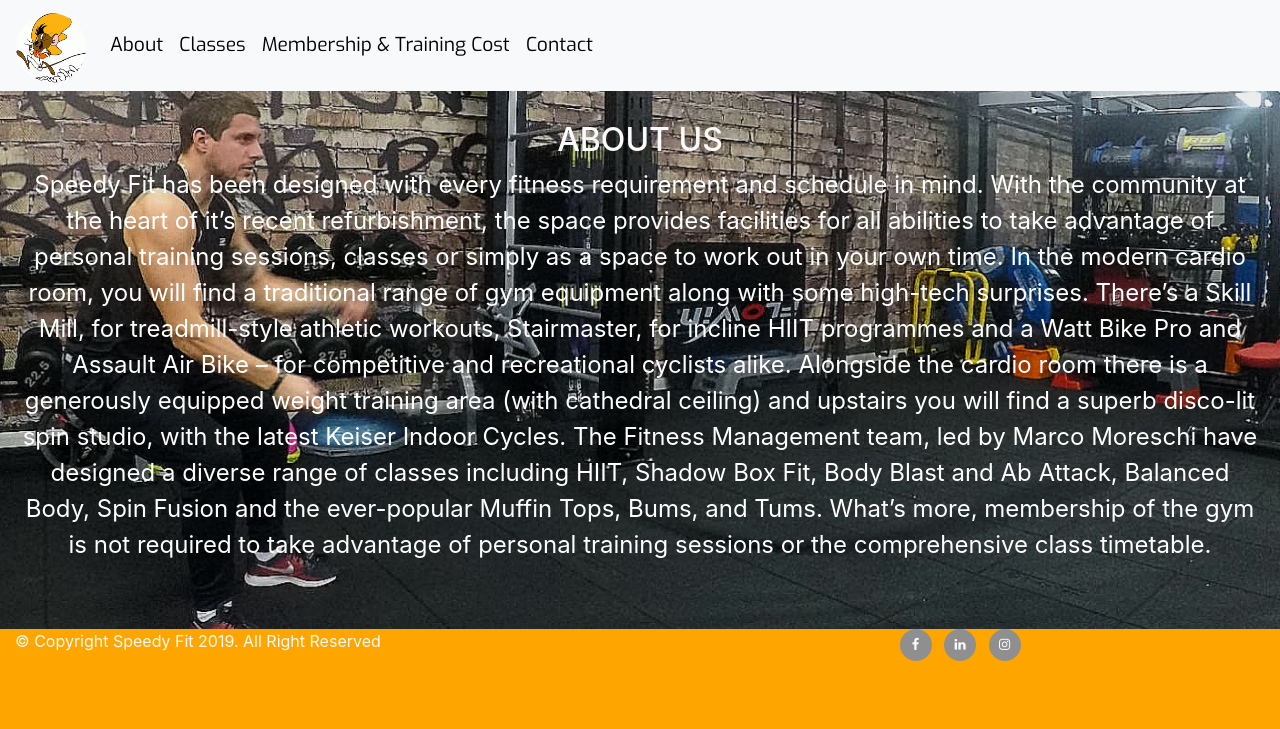
Repository: marcomoreschi/Milestrone-project
Page: index.html
The author's editor kept a record of every edit. The page is drawn from the files as they stood at one moment, then again after the next edit.
The browser window is 1280 px wide. The pictures show the whole page.
Some web libraries are served in a nearby version.

Above is the page before.

### index.html
<!DOCTYPE html>
<html lang="en">

<head>
    <meta charset="UTF-8">
    <meta name="viewport" content="width=device-width, initial-scale=1.0">
    <meta http-equiv="X-UA-Compatible" content="ie=edge">
    <link rel="stylesheet" href="https://maxcdn.bootstrapcdn.com/bootstrap/4.1.3/css/bootstrap.min.css">
    <link rel="stylesheet" href="https://maxcdn.bootstrapcdn.com/font-awesome/4.7.0/css/font-awesome.min.css" type="text/css" />
    <link rel="stylesheet" href="https://cdnjs.cloudflare.com/ajax/libs/hover.css/2.1.1/css/hover-min.css" type="text/css" />
    <link rel="stylesheet" href="assets/css/style.css">
    <title>Speedy Fit</title>
</head>

<body>

    <header>
        <nav class="navbar navbar-expand-lg navbar-light bg-light">
            <a class="navbar-brand" href="index.html">
      <img src="assets/images/logo.jpg"></img>
        </a>
            <button class="navbar-toggler" type="button" data-toggle="collapse" data-target="#navbarNavDropdown" aria-controls="navbarNavDropdown" aria-expanded="false" aria-label="Toggle navigation">
    <span class="navbar-toggler-icon"></span>
  </button>
            <div class="collapse navbar-collapse" id="navbarNavDropdown">
                <ul class="navbar-nav">
                    <li class="nav-item active">
                        <a class="nav-link" href="index.html">About<span class="sr-only">(current)</span></a>
                    </li>
                    <li class="nav-item">
                        <a class="nav-link" href="classes.html">Classes</a>
                    </li>
                    <li class="nav-item">
                        <a class="nav-link" href="membership&trainingcost.html">Membership & Training Cost</a>
                    </li>
                    <li class="nav-item">
                        <a class="nav-link" href="contact.html">Contact</a>
                    </li>
                </ul>
            </div>
        </nav>

    </header>

    <section class="container about-us-section">

        <div class="row">

            <h2 class="col-sm-12">About Us</h2>

            <p class=col-sm-12> Speedy Fit has been designed with every fitness requirement and schedule in mind. With the community at the heart of it’s recent refurbishment, the space provides facilities for all abilities to take advantage of personal training sessions, classes
            or simply as a space to work out in your own time. In the modern cardio room, you will find a traditional range of gym equipment along with some high-tech surprises. There’s a Skill Mill, for treadmill-style athletic workouts, Stairmaster,
            for incline HIIT programmes and a Watt Bike Pro and Assault Air Bike – for competitive and recreational cyclists alike. Alongside the cardio room there is a generously equipped weight training area (with cathedral ceiling) and upstairs you
            will find a superb disco-lit spin studio, with the latest Keiser Indoor Cycles. The Fitness Management team, led by Marco Moreschi have designed a diverse range of classes including HIIT, Shadow Box Fit, Body Blast and Ab Attack, Balanced
            Body, Spin Fusion and the ever-popular Muffin Tops, Bums, and Tums. What’s more, membership of the gym is not required to take advantage of personal training sessions or the comprehensive class timetable.
            </p>

        </div>

    </section>

    <footer class="container-fluid ">
        <div id="footer-details " class="row ">
            <div class="col-sm-6 ">
                <p class="copyright">&#169; Copyright Speedy Fit 2019. All Right Reserved</p>
            </div>
            <div class="col-sm-6 ">
                <ul class="list-inline social-links ">
                    <li class="list-inline-item ">
                        <a target="_blank " href="# ">
                            <i class="fa fa-facebook " aria-hidden="true "></i>
                            <span class="sr-only ">Facebook</span>
                        </a>
                    </li>
                    <li class="list-inline-item ">
                        <a target="_blank " href="#">
                            <i class="fa fa-linkedin " aria-hidden="true "></i>
                            <span class="sr-only ">LinkedIn</span>
                        </a>
                    </li>
                    <li class="list-inline-item ">
                        <a target="_blank " href="# ">
                            <i class="fa fa-instagram " aria-hidden="true "></i>
                            <span class="sr-only ">Instagram</span>
                        </a>
                    </li>
                </ul>
            </div>
        </div>
    </footer>

</body>

</html>

### assets/css/style.css
@import url('https://fonts.googleapis.com/css?family=Roboto:100,200,300,400,500,600,700|Exo:100,200,300,400,500,600,700');


/* -----------------------------------------Heading */

.navbar {
    margin-bottom: 0;
    border: 0;
    background-color: black;
    text-align: center;
}

.navbar-brand {
    height: 75px;
}

.navbar-brand img {
    width: 70px;
    height: 70px;
    border-radius: 50%;
}

.nav-item a {
    font-size: 1.2em;
    font-family: 'Exo', sans-serif;
    color: black !important;
}

.navbar ul li a:hover {
    color: #ffa500 !important;
    transition: all 0.35s ease-in-out;
    -moz-transition: all 0.35s ease-in-out;
    -webkit-transition: all 0.35s ease-in-out;
    -o-transition: all 0.35s ease-in-out;
}

/* -----------------------------------------About */



.about-us-section {
    background: url("../images/rope.jpg") no-repeat center;
    min-height: 100%;
    min-width: 100%;
   -webkit-background-size: cover;
   -moz-background-size: cover;
   -o-background-size: cover;
    background-size: cover;
}

.container h2 {
    text-align: center;
    padding-top: 30px;
    color: #fafafa;
    text-transform: uppercase;
}

.container p {
    text-align: center;
    padding-bottom: 50px;
    color: #fff;
    font-size: 1.5em;
}


/* -----------------------------------------Footer */

footer {
    background-color: #ffa500;
    color: #fafafa;
    min-height: 100px;
    margin: 0;
}

.social-links {
    padding-bottom: 15px;
    text-align: center;
}

.social-links li a i {
    width: 32px;
    height: 32px;
    padding: 12px 0;
    border-radius: 50%;
    font-size: 13px;
    line-height: 7px;
    text-align: center;
    color: #fafafa;
    background: #8f8f8f;
    transition: all 0.35s ease-in-out;
    -moz-transition: all 0.35s ease-in-out;
    -webkit-transition: all 0.35s ease-in-out;
    -o-transition: all 0.35s ease-in-out;
}

.social-links li a i:hover {
    background: #e84610;
}

#footer-details {
    padding: 20px;
    text-align: center;
}

After the next edit:
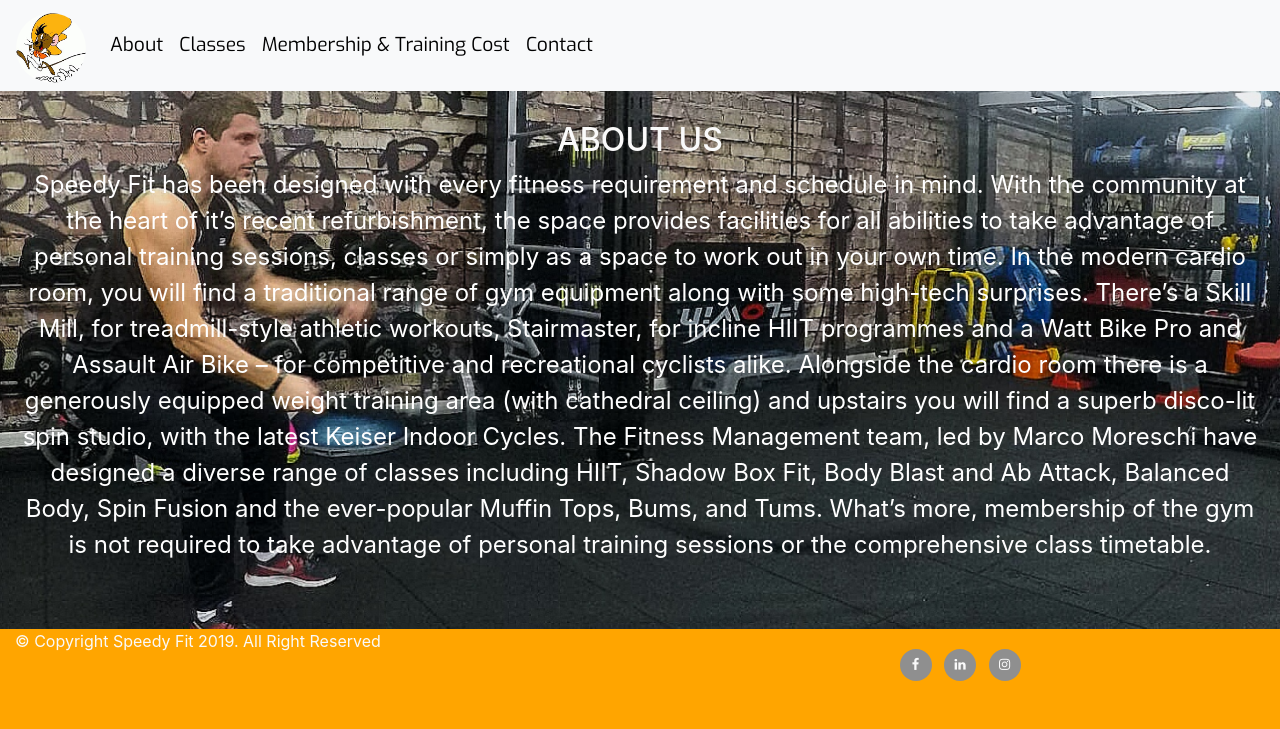
The edit:
--- a/assets/css/style.css
+++ b/assets/css/style.css
@@ -73,7 +73,8 @@
 }
 
 .social-links {
-    padding-bottom: 15px;
+    padding-top: 20px;
+    padding-bottom: 10px;
     text-align: center;
 }
 
